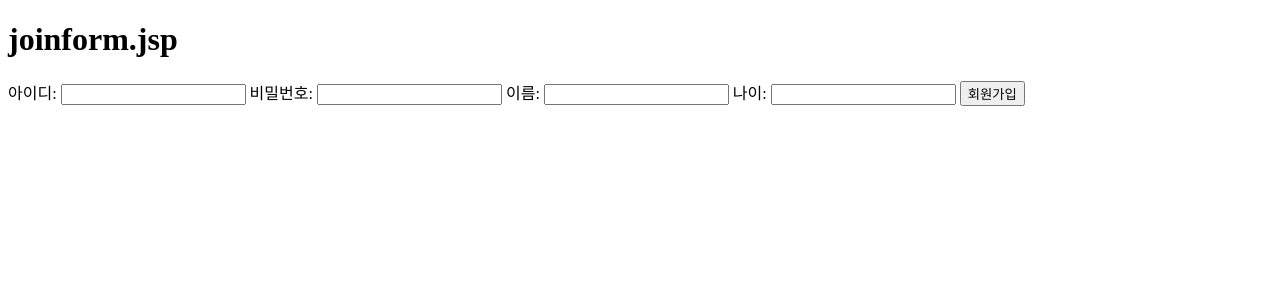
Repository: SouthSea0613/401_Unauthorized_java
Page: http://localhost/1129/joinform.jsp
These files come from the project's save history. The page is drawn as it stood at one moment and after the next save; the edit follows.
The browser window is 1280 px wide. The pictures show the whole page.
The page is served by Tomcat 9. Other server files are loaded and not shown.

Above is the page before, as saved 2024-11-29 06:16:04.

### 1129/src/main/webapp/joinform.jsp
<%@ page language="java" contentType="text/html; charset=UTF-8"
    pageEncoding="UTF-8"%>
<!DOCTYPE html>
<html>
<head>
<meta charset="UTF-8">
<title>Insert title here</title>
</head>
<body>
<h1>joinform.jsp</h1>
<form action="join">
아이디: <input type="text" name="id">
<!-- 파라미터네임을 네임에 넣자 -->
비밀번호: <input type="text" name="pw">
이름: <input type="text" name="name">
나이: <input type="text" name="age">
<input type="submit" value="회원가입">
</form>
</body>
</html>

After the next save:
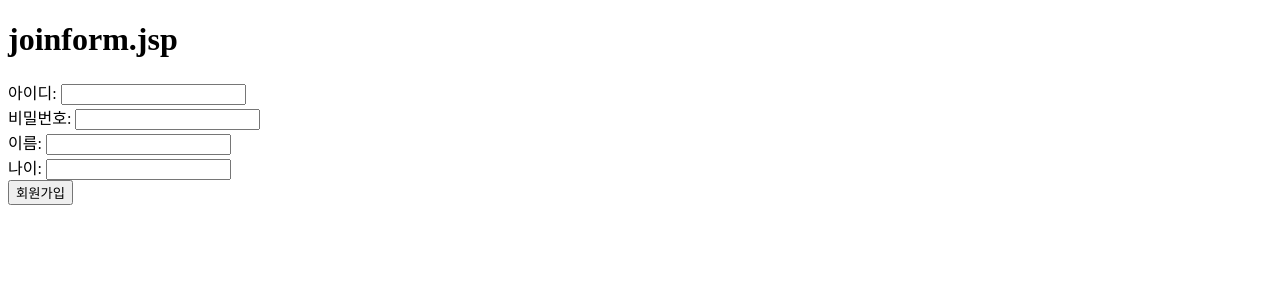
Saved 78 s later.
--- a/1129/src/main/webapp/joinform.jsp
+++ b/1129/src/main/webapp/joinform.jsp
@@ -9,11 +9,11 @@
 <body>
 <h1>joinform.jsp</h1>
 <form action="join">
-아이디: <input type="text" name="id">
+아이디: <input type="text" name="id"><br>
 <!-- 파라미터네임을 네임에 넣자 -->
-비밀번호: <input type="text" name="pw">
-이름: <input type="text" name="name">
-나이: <input type="text" name="age">
+비밀번호: <input type="text" name="pw"><br>
+이름: <input type="text" name="name"><br>
+나이: <input type="text" name="age"><br>
 <input type="submit" value="회원가입">
 </form>
 </body>
